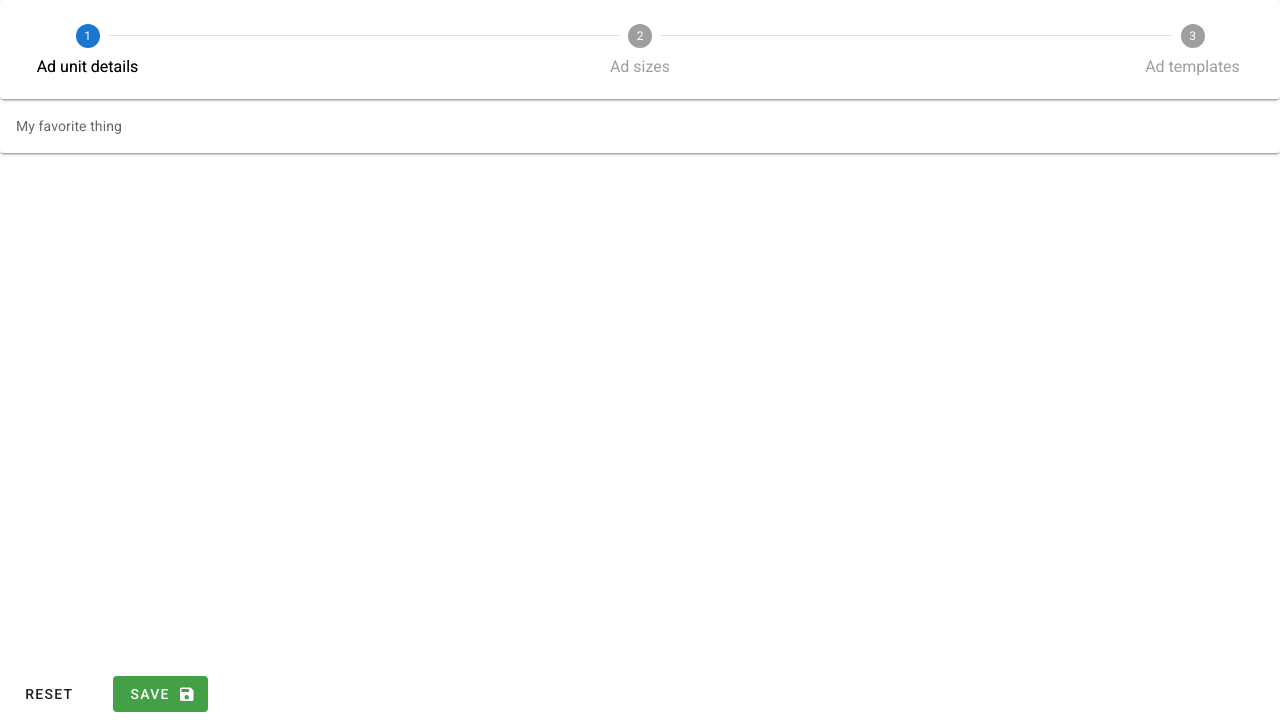
Repository: SidneyHodieb/myc
Page: /addsource
These files come from the project's save history. The page is drawn as it stood at one moment and after the next save; the edit follows.
The browser window is 1280 px wide. The pictures show the whole page.
The project was rebuilt for these pictures with package versions that can differ from the ones it lists, and the page was loaded fresh each time. Also part of the build but not shown: vue.config.js, src/views/Home.vue, src/views/addSource/components/format.vue, src/views/addSource/components/card.vue, src/views/addSource/components/trigger.vue.

Above is the page before, as saved 2021-04-03 19:10:49.

### src/App.vue
<template>
  <v-app>
    <v-main>
      <router-view></router-view>
    </v-main>
  </v-app>
</template>

<script>

export default {
  name: 'App',
  data: () => ({
    //
  }),
};
</script>

### src/router/index.js
import Vue from 'vue'
import VueRouter from 'vue-router'
import Home from '../views/Home.vue'
import addSource from '../views/addSource/column'
import format from '../views/addSource/components/format'
import card from '../views/addSource/components/card'
import trigger from '../views/addSource/components/trigger'

Vue.use(VueRouter)

const routes = [
  {
    path: '/',
    name: 'Home',
    component: Home
  },
  {
    path: '/addsource',
    name: 'addSource',
    component: addSource,
    children: [
      {
        path: 'format',
        component: format
      },
      {
        path: 'card',
        component: card
      },
      {
        path: 'trigger',
        component: trigger
      }
    ]
  },
  {
    path: '/about',
    name: 'About',
    // route level code-splitting
    // this generates a separate chunk (about.[hash].js) for this route
    // which is lazy-loaded when the route is visited.
    component: function () {
      return import(/* webpackChunkName: "about" */ '../views/About.vue')
    }
  }
]

const router = new VueRouter({
  mode: 'history',
  base: process.env.BASE_URL,
  routes
})

export default router

### src/views/addSource/column.vue
<template>
  <v-card>
    <!-- Header -->
      <v-stepper alt-labels>
          <v-stepper-header>
            <v-stepper-step step="1">
              Ad unit details
            </v-stepper-step>

            <v-divider></v-divider>

            <v-stepper-step step="2">
              Ad sizes
            </v-stepper-step>

            <v-divider></v-divider>

            <v-stepper-step step="3">
              Ad templates
            </v-stepper-step>
          </v-stepper-header>
        </v-stepper>

        <!-- Content -->
        <v-card-text>My favorite thing</v-card-text>
        <router-view></router-view>
        <!--Footer  -->


      <!-- <v-row class="">
        <v-col>
          <v-btn
      rounded
      outlined
      color="indigo"
    >
     <v-icon left>
        mdi-arrow-left
      </v-icon>
      Précedent
    </v-btn>
        </v-col>
        <v-col>
          <v-btn
      rounded
      color="primary"
      dark
    >
      Suivant
    </v-btn>
        </v-col>
      </v-row> -->

<v-card-actions style="position:fixed; bottom:0">

    <v-row>
       <v-col >
      <v-btn
        text
        @click="tree = []"
      >
        Reset
      </v-btn>
       </v-col>
    <!--   <v-spacer></v-spacer> -->
  <v-col>
      <v-btn
        class="white--text"
        color="green darken-1"
        depressed
      >
        Save
        <v-icon right>
          mdi-content-save
        </v-icon>
      </v-btn>
      </v-col>
      </v-row>
    </v-card-actions>
   <!--  <v-sheet
      id="scroll-threshold-example"
      class="overflow-y-auto pb-16"
      max-height="600"
    >
      <v-responsive height="1500"></v-responsive>
    </v-sheet> -->
  </v-card>
</template>

<script>
export default {

}
</script>

<style>

</style>

Loaded but not shown: public/index.html (common file); src/main.js (common file); src/store/index.js (common file); src/plugins/vuetify.js (common file)

After the next save:
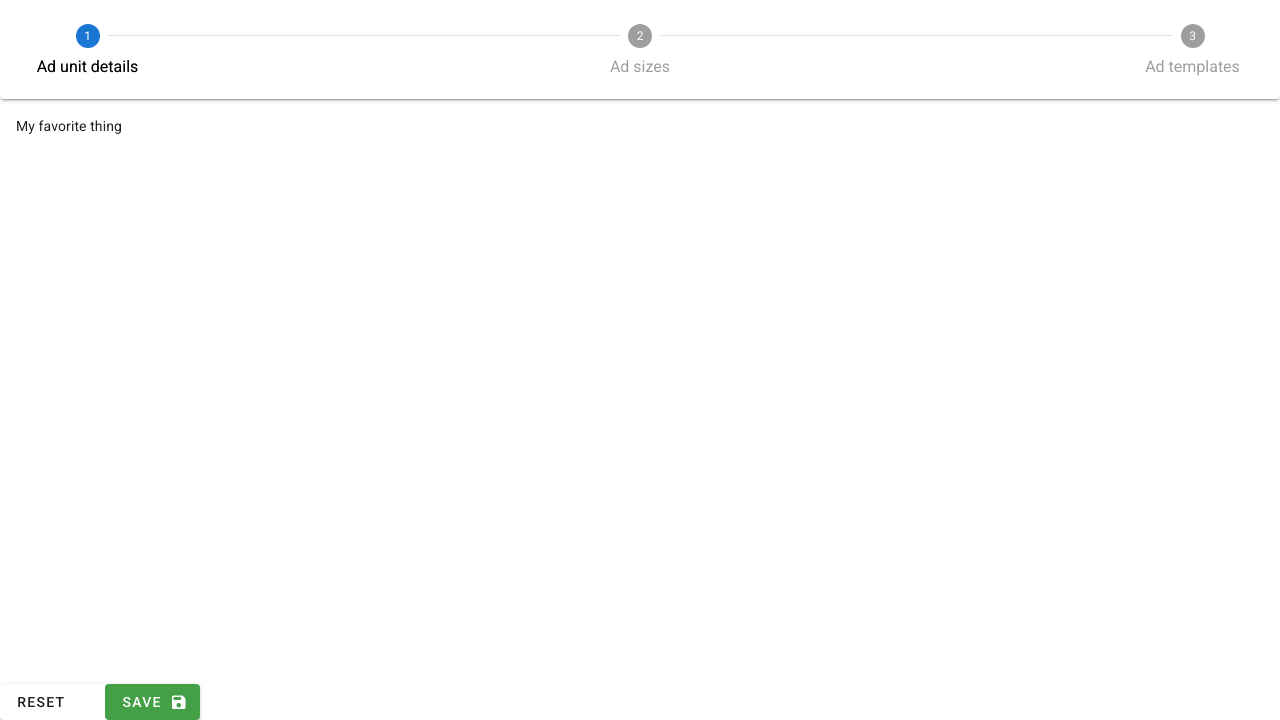
Saved 4 min 25 s later.
--- a/src/views/addSource/column.vue
+++ b/src/views/addSource/column.vue
@@ -1,5 +1,5 @@
 <template>
-  <v-card>
+  <div>
     <!-- Header -->
       <v-stepper alt-labels>
           <v-stepper-header>
@@ -51,7 +51,7 @@
         </v-col>
       </v-row> -->
 
-<v-card-actions style="position:fixed; bottom:0">
+<v-card style="position:fixed; bottom:0">
 
     <v-row>
        <v-col >
@@ -63,7 +63,7 @@
       </v-btn>
        </v-col>
     <!--   <v-spacer></v-spacer> -->
-  <v-col>
+  <v-col >
       <v-btn
         class="white--text"
         color="green darken-1"
@@ -76,7 +76,7 @@
       </v-btn>
       </v-col>
       </v-row>
-    </v-card-actions>
+    </v-card>
    <!--  <v-sheet
       id="scroll-threshold-example"
       class="overflow-y-auto pb-16"
@@ -84,7 +84,7 @@
     >
       <v-responsive height="1500"></v-responsive>
     </v-sheet> -->
-  </v-card>
+  </div>
 </template>
 
 <script>
